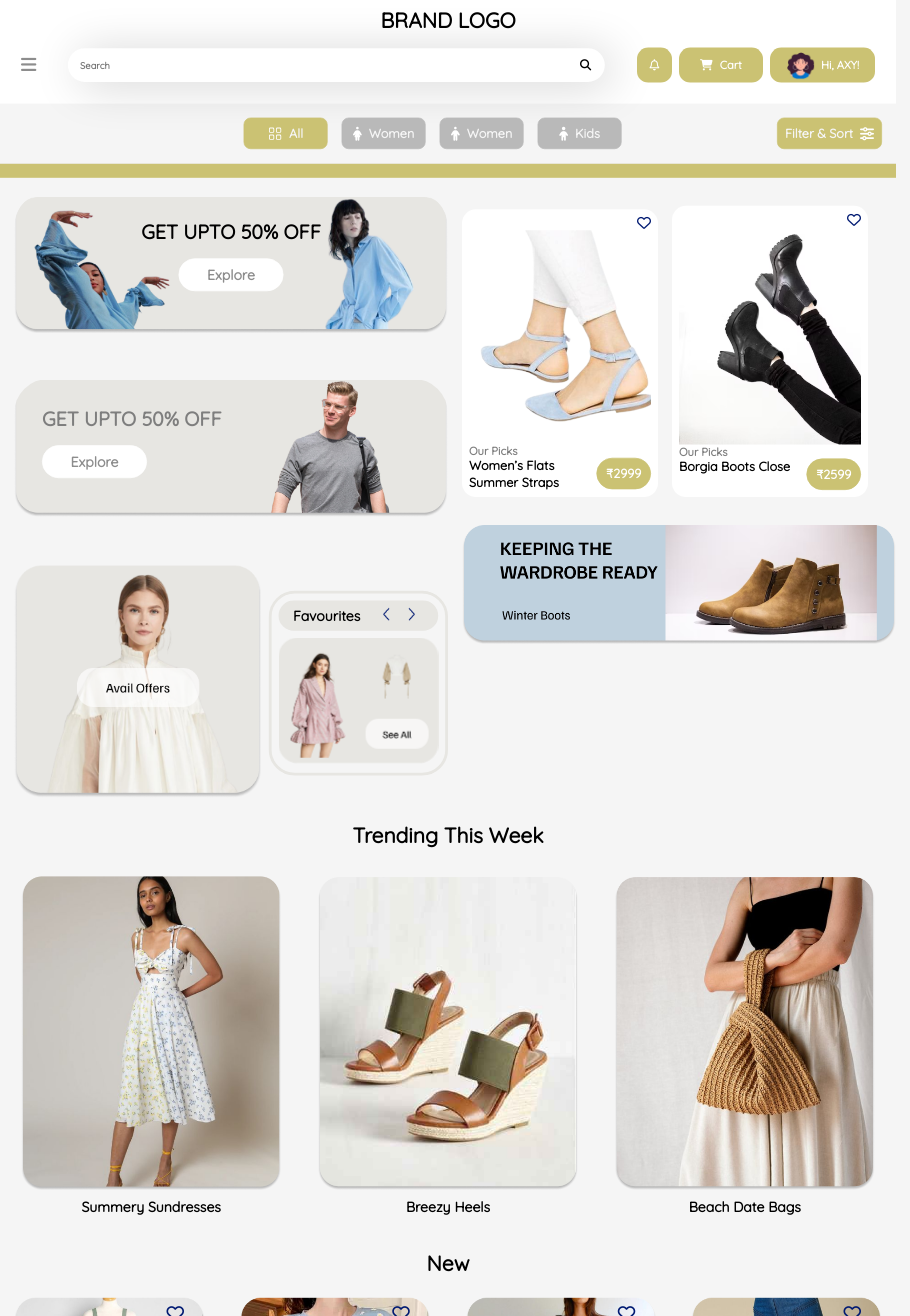
Repository: FlyweisReact/Jaspal
Page: /homepage
An editor plug-in stored every save of this project. The page is shown before and after a run of saves, followed by the edit.
The browser window is 1280 px wide. The page is 1300 px wide, so the pictures cover 1300 px, including what lies to the right of the window. The pictures show the part of the page from y = 0 to 1880 px (the page is 2590 px tall before and 2572 px after), at 70% of full size.
Some web libraries are served in a nearby version. The project was rebuilt for these pictures with package versions that can differ from the ones it lists, and the page was loaded fresh each time. Also part of the build but not shown: src/Pages/Login/Login.js.

Above is the page before, as saved 2023-08-19 12:51:31.

After the next 2 saves:
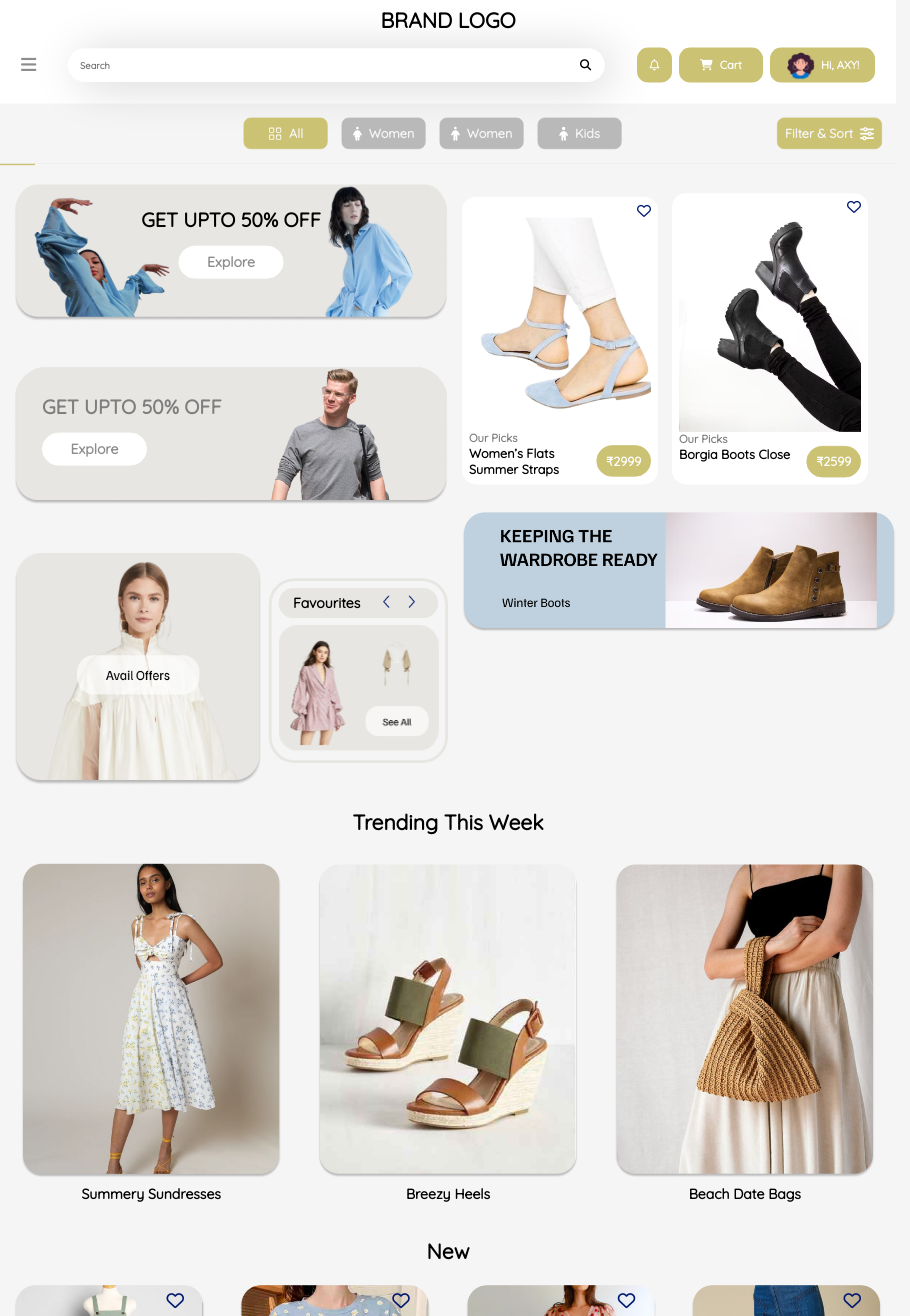
The 2 saves are shown as one change because they came seconds apart.
The last was saved 7 s later.
--- a/src/CSS/Normal.css
+++ b/src/CSS/Normal.css
@@ -510,5 +510,6 @@
 }
 .Filter-C .empty-container .empty-colored{
   background-color: #CBC273;
-  height: 20px;
-}
+  height: 2px;
+  width: 50px;
+}
